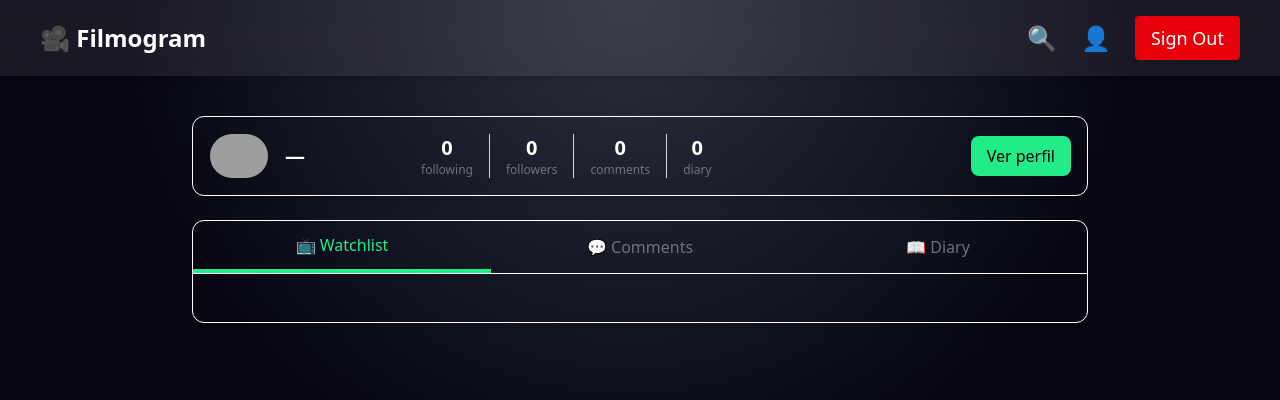
Repository: Leoonard1507/proyecto-final
Page: /client-profile
An editor plug-in stored every save of this project. The page is shown before and after the next save, followed by the edit.
The browser window is 1280 px wide. The pictures show the whole page.
Pictures or frames that could not be fetched are drawn as grey boxes. The page's requests for data from a server got no answer. The project was rebuilt for these pictures with package versions that can differ from the ones it lists, and the page was loaded fresh each time. The framework's server and built-in components were replaced by stand-ins that run in the browser. No one was signed in, and anything a server would have sent is missing. Also part of the build but not shown: next.config.ts, src/app/components/profileSections/userWatchlist.tsx, src/app/components/profileSections/userComments.tsx, src/app/components/profileSections/userDiary.tsx, src/libs/axios.ts, src/app/components/profileSections/searchFavsEdit.tsx, src/app/components/profileSections/addFavoritesModal.tsx, src/app/components/profileSections/FavMoviesList.tsx.

Above is the page before, as saved 2025-05-26 13:57:06.

### src/app/layout.tsx
// app/layout.tsx
"use client";

import { SessionProvider } from "next-auth/react";
import "../styles/globals.css";
import { ToastContainer } from 'react-toastify';
import 'react-toastify/dist/ReactToastify.css';


export default function RootLayout({ children }: { children: React.ReactNode }) {
  return (
    <html lang="es">
      <head>
        <title>Filmogram</title>
        <meta name="description" content="Gestiona tu perfil en El Santuario." />
      </head>
      <body className="flex flex-col text-white antialiased">
        {/* Fondo con contenedor dedicado */}
        <div className="min-h-screen w-full bg-radial-pattern">
          <SessionProvider>{children}</SessionProvider>
        </div>
        <ToastContainer />
      </body>
    </html>
  );
}

### src/app/client-profile/page.tsx
"use client";

import { useState, useEffect } from "react";
import { useSession } from "next-auth/react";
import Image from "next/image";
import Navbar from "@/app/components/Navbar";
import { toast } from "react-toastify";
import Watchlist from "../components/profileSections/userWatchlist";
import Comments from "../components/profileSections/userComments";
import Diary from "../components/profileSections/userDiary";
import FavoriteMoviesSection from "../components/profileSections/addFavoritesModal"; // para elegir favs
import FavoriteMoviesList from "../components/profileSections/FavMoviesList"; // para mostrar las favs en el perfil

export default function ProfilePage() {
  const { data: session } = useSession();

  const [name, setName] = useState("");
  const [nickname, setNickname] = useState("");
  const [usermail, setUsermail] = useState("");
  const [role, setRole] = useState("");
  const [birthdate, setBirthdate] = useState("");
  const [loading, setLoading] = useState(false);
  const [isModalOpen, setIsModalOpen] = useState(false);
  const [description, setDescription] = useState("");
  const [avatar, setAvatar] = useState("");
  const [userId, setUserId] = useState("");
  const [showDetails, setShowDetails] = useState(false);
  const [isPasswordModalOpen, setIsPasswordModalOpen] = useState(false);
  const [currentPassword, setCurrentPassword] = useState("");
  const [newPassword, setNewPassword] = useState("");
  const [repeatPassword, setRepeatPassword] = useState("");
  const [activeTab, setActiveTab] = useState("watchlist");
  const [followingCount, setFollowingCount] = useState<number | null>(null);
  const [followerCount, setFollowerCount] = useState<number | null>(null);
  const [commentsCount, setCommentsCount] = useState<number | null>(null);
  const [diaryCount, setDiaryCount] = useState<number | null>(null);

  useEffect(() => {
    if (session?.user?.id) {
      setUserId(session.user.id);
      fetchUserData(session.user.id);
      fetchFollowingCount(session.user.id);
      fetchFollowerCount(session.user.id);
      fetchCommentsCount(session.user.id);
      fetchDiaryCount(session.user.id);
    }
  }, [session]);

  const fetchFollowingCount = async (userId: string) => {
    try {
       const res = await fetch(`/api/seguidos/${userId}`);
      if (!res.ok) throw new Error("Failed to fetch following count");
      const data = await res.json();
      setFollowingCount(data[0]?.following_count ?? 0);
    } catch (error) {
      console.error("Error fetching following count:", error);
      setFollowingCount(0);
    }
  };

  const fetchFollowerCount = async (userId: string) => {
    try {
       const res = await fetch(`/api/seguidores/${userId}`);
      if (!res.ok) throw new Error("Failed to fetch follower count");
      const data = await res.json();
      setFollowerCount(data[0]?.followers_count ?? 0);
    } catch (error) {
      console.error("Error fetching follower count:", error);
      setFollowerCount(0);
    }
  };

  const fetchCommentsCount = async (userId: string) => {
    try {
       const res = await fetch(`/api/countComments/${userId}`);
      if (!res.ok) throw new Error("Failed to fetch comments count");
      const data = await res.json();
      setCommentsCount(data[0]?.comments_count ?? 0);
    } catch (error) {
      console.error("Error fetching comments count:", error);
      setCommentsCount(0);
    }
  };

  const fetchDiaryCount = async (userId: string) => {
    try {
       const res = await fetch(`/api/countDiary/${userId}`);
      if (!res.ok) throw new Error("Failed to fetch diary count");
      const data = await res.json();
      setDiaryCount(data[0]?.diarys_count ?? 0);
    } catch (error) {
      console.error("Error fetching diary count:", error);
      setDiaryCount(0);
    }
  };

  const fetchUserData = async (userId: string) => {
    try {
      const res = await fetch(`/api/user/${userId}`);
      if (!res.ok) throw new Error("No se pudo obtener el usuario");
      const user = await res.json();

      setName(user.name || "");
      setUsermail(user.email || "");
      setRole(user.role || "");
      setBirthdate(user.birthdate || "");
      setNickname(user.nickName || "");
      setDescription(user.description || "");
      setAvatar(user.avatar || `https://api.dicebear.com/7.x/bottts/png?seed=${user.id}`);
      // setFavoriteMovies(user.favorites || []); // Si decides usar favoritas aquí
    } catch (error) {
      console.error("Error al cargar datos del usuario:", error);
    }
  };

  const updateUserProfile = async () => {
    setLoading(true);
    try {
      const dataToSend = {
        nickname,
        name,
        email: usermail,
        role,
        description,
        birthdate,
        avatar,
        currentPassword,
        newPassword,
        // favorites: favoriteMovies,
      };

      const response = await fetch("/api/user/update", {
        method: "POST",
        headers: { "Content-Type": "application/json" },
        body: JSON.stringify(dataToSend),
      });

      if (!response.ok) {
        const errorData = await response.json();
        console.error("Error en la respuesta:", errorData);
        throw new Error(errorData.message || "Error al actualizar el perfil");
      }

      const responseData = await response.json();
      toast.success(responseData.message);

      setIsModalOpen(false);
      setIsPasswordModalOpen(false);
      setCurrentPassword("");
      setNewPassword("");
      setRepeatPassword("");
      await fetchUserData(userId);
    } catch (error: any) {
      toast.error(error.message || "Error al actualizar el perfil");
      console.error(error);
    } finally {
      setLoading(false);
    }
  };

  const handleSubmit = (e: React.FormEvent) => {
    e.preventDefault();
    updateUserProfile();
  };

  return (
    <div className="min-h-screen text-white">
      {/* Navbar */}
      <Navbar />
      {/* Contenedor de perfil */}
      <div className="max-w-4xl mx-auto mt-10 space-y-6">
        {/* Perfil compacto */}
        <div className="flex items-center justify-between border rounded-xl shadow-md p-4">
          <div className="flex items-center space-x-4">
            <Image
              src={avatar || "https://api.dicebear.com/7.x/bottts/png?seed=default"}
              alt="Avatar"
              width={60}
              height={60}
              className="rounded-full border"
            />
            <span className="text-xl font-semibold">{nickname || "—"}</span>
            <div className="flex flex-col ml-25 items-center border-r border-gray-300 pr-4">
              <span className="text-base font-semibold text-xl">
                {followingCount !== null ? followingCount : "0"}
              </span>
              <span className="text-xs text-gray-500">following</span>
            </div>
            <div className="flex flex-col items-center border-r border-gray-300 pr-4">
              <span className="text-base font-semibold text-xl">
                 {followerCount !== null ? followerCount : "0"}
              </span>
              <span className="text-xs text-gray-500">followers</span>
            </div>
            <div className="flex flex-col items-center border-r border-gray-300 pr-4">
              <span className="text-base font-semibold text-xl">
                 {commentsCount !== null ? commentsCount : "0"}
              </span>
              <span className="text-xs text-gray-500">comments</span>
            </div>
            <div className="flex flex-col items-center">
              <span className="text-base font-semibold text-xl">
                 {diaryCount !== null ? diaryCount : "0"}
              </span>
              <span className="text-xs text-gray-500">diary</span>
            </div>
          </div>
          <button
            onClick={() => setShowDetails((prev) => !prev)}
            className="bg-[#22ec8a] text-black px-4 py-2 rounded-lg hover:opacity-70 transition"
          >
            {showDetails ? "Ocultar perfil" : "Ver perfil"}
          </button>
        </div>

        {/* Perfil detallado */}
        {showDetails && (
          <div className="border rounded-xl shadow-inner p-6 space-y-6">
            <div className="grid grid-cols-1 sm:grid-cols-2 gap-4">
              <ProfileField label="Nombre completo" value={name} />
              <ProfileField label="Correo" value={usermail} />
              <ProfileField label="Fecha de nacimiento" value={birthdate} />
              <ProfileField label="Rol" value={role} />
              <div className="sm:col-span-2">
                <ProfileField label="Descripción" value={description} />
              </div>
            </div>
            <div className="flex space-x-4">
              <button
                type="button"
                disabled={loading}
                onClick={() => setIsModalOpen(true)}
                className="bg-[#22ec8a] text-black px-4 py-2 rounded-md hover:opacity-70 transition"
              >
                Editar perfil
              </button>
              <button
                type="button"
                disabled={loading}
                onClick={() => setIsPasswordModalOpen(true)}
                className="bg-gray-200 text-gray-800 px-4 py-2 rounded-md hover:bg-gray-300 transition"
              >
                Cambiar contraseña
              </button>
            </div>
          </div>
        )}

        {/* Mostrar las favoritas */}
        {userId && (
          <div className="border rounded-xl shadow-md p-6 mt-6">
            <FavoriteMoviesList userId={userId} />
          </div>
        )}

        {/* Tabs para mostrar contenido */}
        <div className="border rounded-xl shadow-md">
          <div className="flex border-b">
            <button
              onClick={() => setActiveTab("watchlist")}
              className={`flex-1 py-3 text-center font-medium ${
                activeTab === "watchlist"
                  ? "border-b-4 border-[#22ec8a] text-[#22ec8a]"
                  : "text-gray-500 hover:text-[#22ec8a]"
              }`}
            >
              📺 Watchlist
            </button>
            <button
              onClick={() => setActiveTab("comments")}
              className={`flex-1 py-3 text-center font-medium ${
                activeTab === "comments"
                  ? "border-b-4 border-[#22ec8a] text-[#22ec8a]"
                  : "text-gray-500 hover:text-[#22ec8a]"
              }`}
            >
              💬 Comments
            </button>
            <button
              onClick={() => setActiveTab("diary")}
              className={`flex-1 py-3 text-center font-medium ${
                activeTab === "diary"
                  ? "border-b-4 border-[#22ec8a] text-[#22ec8a]"
                  : "text-gray-500 hover:text-[#22ec8a]"
              }`}
            >
              📖 Diary
            </button>
          </div>
          <div className="p-6">
            {activeTab === "watchlist" && userId && <Watchlist userId={userId} />}
            {activeTab === "comments" && userId && <Comments userId={userId} />}
            {activeTab === "diary" && userId && <Diary userId={userId} />}
          </div>
        </div>
      </div>

      {/* Modal cambiar contraseña */}
      {isPasswordModalOpen && (
        <div className="fixed inset-0 bg-black bg-opacity-40 flex justify-center items-center z-50">
          <div className="bg-white text-black p-8 rounded-lg max-w-md w-full relative shadow-lg">
            <button
              onClick={() => setIsPasswordModalOpen(false)}
              className="absolute top-3 right-3 text-gray-600 hover:text-gray-800 text-xl"
              aria-label="Close password modal"
            >
              ✖
            </button>

            <h2 className="text-2xl font-bold mb-5">Change Password</h2>

            <form
              onSubmit={async (e) => {
                e.preventDefault();
                if (newPassword !== repeatPassword) {
                  alert("Las contraseñas nuevas no coinciden.");
                  return;
                }

                try {
                  await updateUserProfile();
                  setIsPasswordModalOpen(false);
                  setCurrentPassword("");
                  setNewPassword("");
                  setRepeatPassword("");
                } catch (err) {
                  alert(err);
                  console.error(err);
                }
              }}
              className="space-y-4"
            >
              <Input label="Current password" value={currentPassword} onChange={setCurrentPassword} type="password" />
              <Input label="New password" value={newPassword} onChange={setNewPassword} type="password" />
              <Input label="Repeat new password" value={repeatPassword} onChange={setRepeatPassword} type="password" />

              <button
                type="submit"
                className="bg-blue-600 text-white w-full p-2 rounded-lg hover:bg-blue-700 transition"
              >
                Save New Password
              </button>
            </form>
          </div>
        </div>
      )}

      {/* Modal editar perfil */}
      {isModalOpen && (
        <div className="fixed inset-0 bg-black bg-opacity-40 flex justify-center items-center z-50">
          <div className="bg-white text-black p-6 rounded-lg max-w-xl w-full relative shadow-lg space-y-4">
            <button
              onClick={() => setIsModalOpen(false)}
              className="absolute top-3 right-3 text-gray-600 hover:text-gray-800 text-xl"
              aria-label="Close profile edit modal"
            >
              ✖
            </button>

            <h2 className="text-2xl font-bold">Editar perfil</h2>

            <form onSubmit={handleSubmit} className="space-y-4">
              <div>
                <label className="block font-medium mb-1">Avatar</label>
                <div className="flex space-x-3">
                  {["cat", "robot", "alien", "monster", "Sawyer"].map((type) => {
                    const url = `https://api.dicebear.com/7.x/bottts/png?seed=${type}`;
                    return (
                      <Image
                        key={type}
                        src={url}
                        alt={`avatar ${type}`}
                        width={60}
                        height={60}
                        onClick={() => setAvatar(url)}
                        className={`cursor-pointer rounded-full border-2 ${
                          avatar === url ? "border-blue-600" : "border-transparent"
                        }`}
                      />
                    );
                  })}
                </div>
              </div>

              <Input label="Nombre" value={name} onChange={setName} />
              <Input label="Apodo" value={nickname} onChange={setNickname} />
              <Input label="Fecha de nacimiento" value={birthdate} onChange={setBirthdate} />
              <Input label="Descripción" value={description} onChange={setDescription} />

              {/* la sección de películas favoritas */}
              <div>
                <h3 className="font-semibold mb-1">Favorite films</h3>
                {session?.user?.id && <FavoriteMoviesSection userId={session.user.id} />}
              </div>

              <button
                type="submit"
                className="bg-blue-600 text-white w-full py-2 rounded hover:bg-blue-700 disabled:opacity-50"
                disabled={loading}
              >
                {loading ? "Saving..." : "Save Changes"}
              </button>
            </form>
          </div>
        </div>
      )}
    </div>
  );
}

// Componente reutilizable para mostrar campos
function ProfileField({ label, value }: { label: string; value: string }) {
  return (
    <div>
      <label className="block text-sm font-medium text-[#22ec8a] mb-1">{label}</label>
      <p className="text-white border border-gray-700 rounded p-2">{value || "—"}</p>
    </div>
  );
}

// Componente reutilizable de inputs
function Input({
  label,
  value,
  onChange,
  type = "text",
}: {
  label: string;
  value: string;
  onChange: (val: string) => void;
  type?: string; // Nuevo prop opcional
}) {
  return (
    <div>
      <label className="block text-sm font-medium mb-1">{label}</label>
      <input
        type={type}
        value={value}
        onChange={(e) => onChange(e.target.value)}
        className="w-full border border-gray-300 p-2 rounded"
      />
    </div>
  );
}

### src/styles/globals.css
@import "tailwindcss";

html, body {
  margin: 0;
  padding: 0;
  box-sizing: border-box;
}

* {
  box-sizing: inherit;
}

/* Fondo radial aplicado sólo a una clase */
.bg-radial-pattern {
  background: radial-gradient(circle at 49% 0, #2d2f3d, #070714 51%, #060613 52%);
  background-repeat: no-repeat;
  background-size: cover;
  background-attachment: fixed;
}

@layer utilities {
  .mask-fade {
    -webkit-mask-image: radial-gradient(circle, rgba(0, 0, 0, 1) 0%, rgba(0, 0, 0, 0) 100%);
    mask-image: radial-gradient(circle, rgba(0, 0, 0, 1) 0%, rgba(0, 0, 0, 0) 100%);
  }
}

/* Para movie-details */
.fade-mask-movie-details {
  -webkit-mask-image: linear-gradient(to bottom, rgba(0, 0, 0, 1) 10%, rgba(0, 0, 0, 0));
  mask-image: linear-gradient(to bottom, rgba(0, 0, 0, 1) 10%, rgba(0, 0, 0, 0));
  -webkit-mask-size: 100% 100%;
  mask-size: 100% 100%;
  -webkit-mask-repeat: no-repeat;
  mask-repeat: no-repeat;
}

.custom-scrollbar {
  scrollbar-width: thick;
  scrollbar-color: #333 #222;
  overflow-x: auto; /* Para el desplazamiento horizontal */
  overflow-y: auto;
}

.custom-scrollbar::-webkit-scrollbar {
  height: 20px;
}

.custom-scrollbar::-webkit-scrollbar-track {
  background: #222;
}

.custom-scrollbar::-webkit-scrollbar-thumb {
  background: #333;
  border-radius: 10px;
}

.custom-scrollbar::-webkit-scrollbar-thumb:hover {
  background: #6b6b6b;
}

### src/app/components/Navbar.tsx
'use client';

import Link from 'next/link';
import { useRouter } from 'next/navigation';

export default function Navbar() {
    const router = useRouter();

    const handleLogout = () => {
        // Aquí podrías limpiar cookies, localStorage, o llamar a un endpoint
        // Por ahora simulamos cierre de sesión redirigiendo al login
        // localStorage.removeItem('token'); (si lo usas)
        router.push('/');
    };

    return (
        <nav className="sticky top-0 z-50 text-white px-10 py-4 flex justify-between items-center shadow-md bg-white/8 backdrop-blur-md">
            <div className="text-2xl font-bold">
                <Link href="/home-page">🎥 Filmogram</Link>
            </div>
            <ul className="flex space-x-6 items-center text-lg">
                <li>
                    <Link href="/search" className="hover:text-red-400 transition text-2xl">🔍</Link>
                </li>
                <li>
                    <Link href="/client-profile" className="hover:text-red-400 transition text-2xl">👤</Link>
                </li>
                <li>
                    <button
                        onClick={handleLogout}
                        className="bg-red-600 px-4 py-2 rounded hover:bg-red-700 transition"
                    >
                        Sign Out
                    </button>
                </li>
            </ul>
        </nav>
    );
}

After the next save:
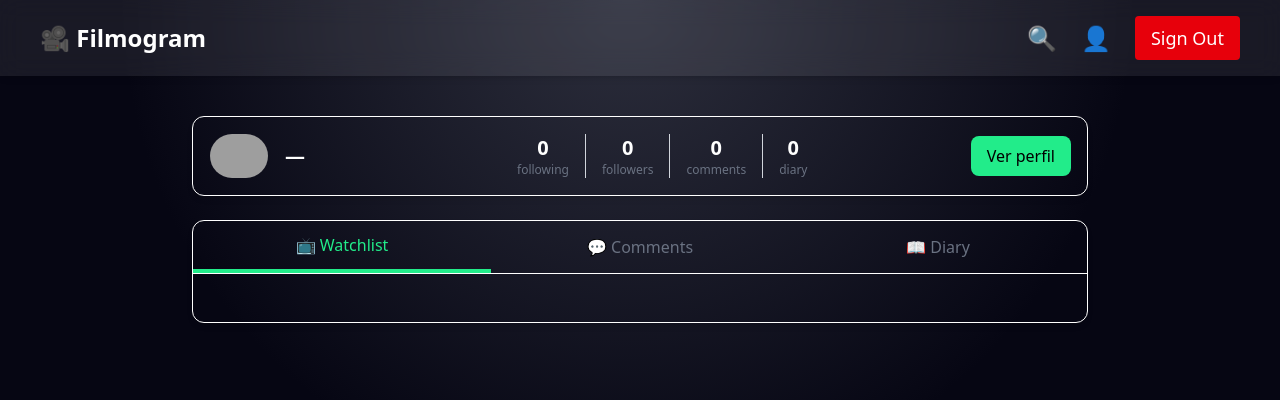
Saved 31 s later.
--- a/src/app/client-profile/page.tsx
+++ b/src/app/client-profile/page.tsx
@@ -180,7 +180,7 @@ export default function ProfilePage() {
               className="rounded-full border"
             />
             <span className="text-xl font-semibold">{nickname || "—"}</span>
-            <div className="flex flex-col ml-25 items-center border-r border-gray-300 pr-4">
+            <div className="flex flex-col ml-49 items-center border-r border-gray-300 pr-4">
               <span className="text-base font-semibold text-xl">
                 {followingCount !== null ? followingCount : "0"}
               </span>
